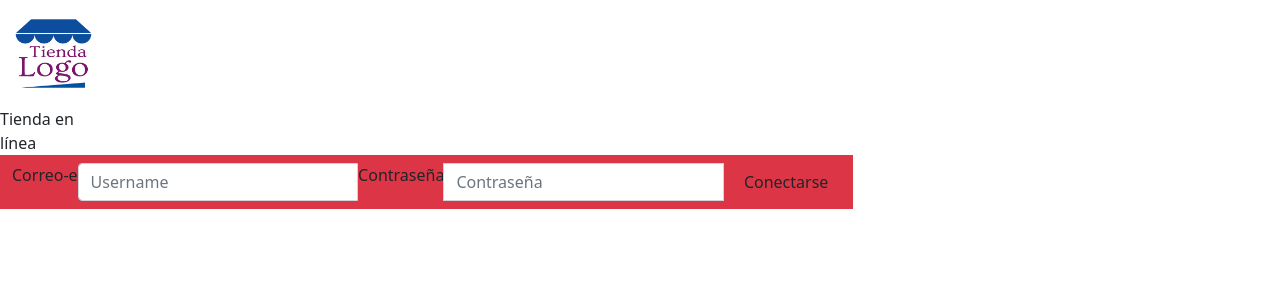
Repository: nicorp00/bootstrapSass
Page: Main/index.html
An editor plug-in stored every save of this project. The page is shown before and after the next save, followed by the edit.
The browser window is 1280 px wide. The pictures show the whole page.
The style sheet was rebuilt from its Sass, Less or Tailwind sources for each picture, by a compiler version that may differ from the author's.

Above is the page before, as saved 2022-03-25 11:02:55.

### Main/index.html
<!DOCTYPE html>
<html lang="en">
<head>
    <meta charset="UTF-8">
    <meta http-equiv="X-UA-Compatible" content="IE=edge">
    <meta name="viewport" content="width=device-width, initial-scale=1.0">
    <title>Document</title>
    <link rel="stylesheet" href="css/style.css">
    <link rel="stylesheet" href="css/bootstrap.min.css">
</head>
<body>
    <section class="section__top">
        <div class="col-1">
            <img src="img/logo.png" class="img-fluid" alt="...">
            <span>Tienda en línea</span>
        </div>
        <div class="top-nav">
            <nav class="navbar navbar-danger bg-danger col-8">
                <form class="container-fluid">
                  <div class="input-group">
                    <!--<span class="input-group-text" id="basic-addon1">@</span>-->
                    Correo-e<input type="text" class="form-control" placeholder="Username" aria-label="Correo@" aria-describedby="basic-addon1">
                    Contraseña<input class="form-control me-2" type="search" placeholder="Contraseña" aria-label="Search">
                    <button class="btn btn-outline" type="submit">Conectarse</button>
                  </div>
                </form>
              </nav>
        </div>
    </section>
    <script src="js/bootstrap.min.js"></script>
</body>
</html>

### Main/scss/style.scss
@use 'section__top';

### Main/scss/_section__top.scss
.section__top{
}

Loaded but not shown: Main/css/bootstrap.min.css (library); Main/js/bootstrap.min.js (library)

After the next save:
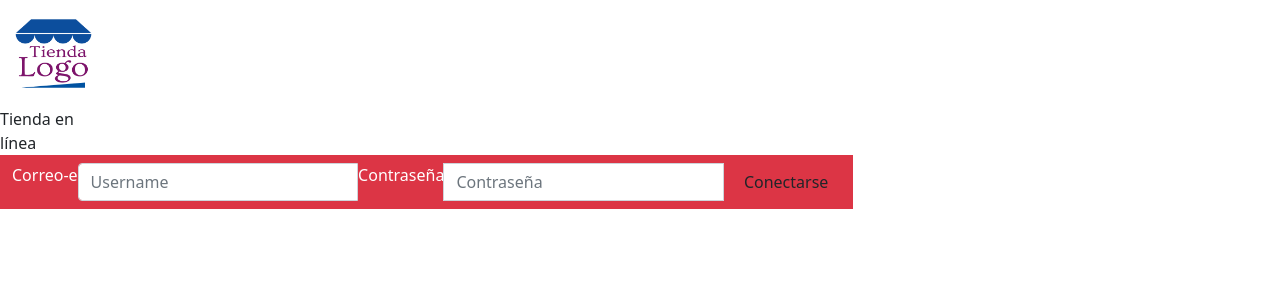
Saved 17 s later.
--- a/Main/scss/_section__top.scss
+++ b/Main/scss/_section__top.scss
@@ -1,2 +1,5 @@
 .section__top{
+    form{
+        color: white;
+    }
 }
